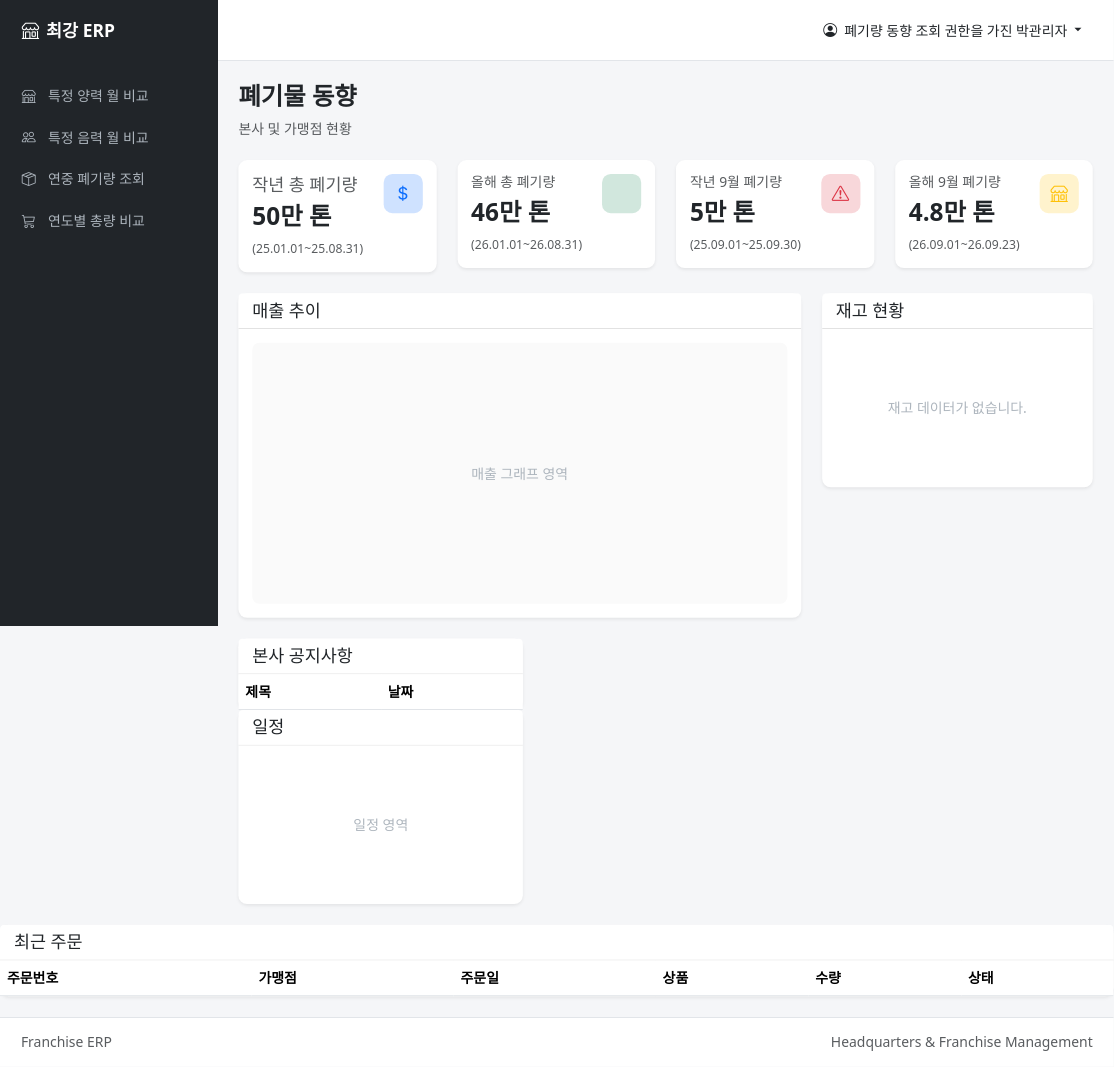
Repository: nojong99/kosta
Page: 32_MVCModel2/src/main/webapp/wasteTrends.html
An editor plug-in stored every save of this project. The page is shown before and after the next save, followed by the edit.
The browser window is 1280 px wide. The pictures show the whole page, at 87% of full size.

Above is the page before, as saved 2026-09-23 03:07:32.

After the next save:
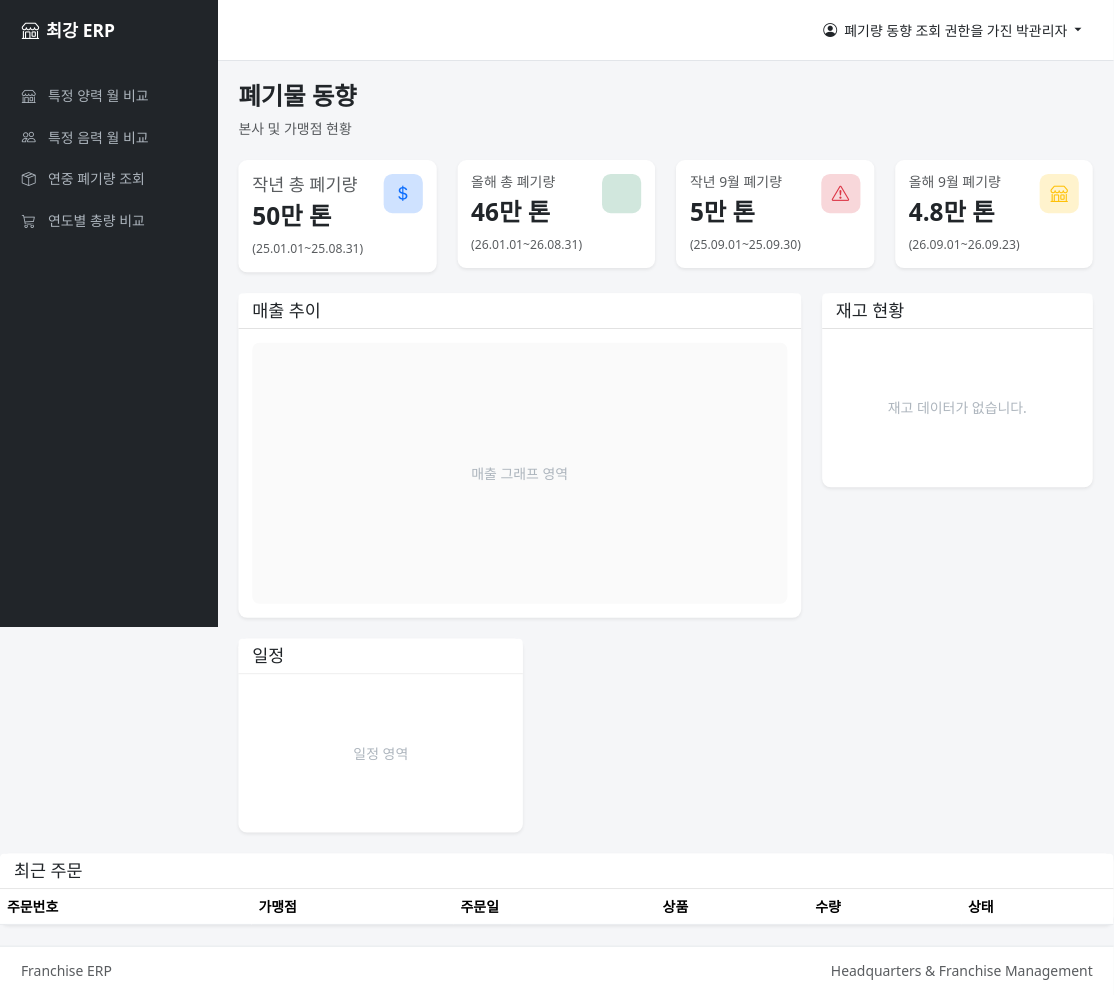
Saved 14 s later.
--- a/32_MVCModel2/src/main/webapp/wasteTrends.html
+++ b/32_MVCModel2/src/main/webapp/wasteTrends.html
@@ -409,55 +409,6 @@
 
 
 
-            <!-- 공지 -->
-
-            <div class="col-12 col-lg-4">
-
-                <div class="card dashboard-card shadow-sm h-100">
-
-                    <div class="card-header bg-white">
-
-                        <h5 class="mb-0">
-                            본사 공지사항
-                        </h5>
-
-                    </div>
-
-
-                    <div class="card-body p-0">
-
-                        <div class="table-responsive">
-
-                            <table class="table table-hover mb-0">
-
-                                <thead>
-
-                                    <tr>
-
-                                        <th>제목</th>
-
-                                        <th>날짜</th>
-
-                                    </tr>
-
-                                </thead>
-
-
-                                <tbody>
-
-                                    <!-- DB 데이터 출력 -->
-
-                                </tbody>
-
-                            </table>
-
-                        </div>
-
-                    </div>
-
-                </div>
-
-            </div>
 
 
 
